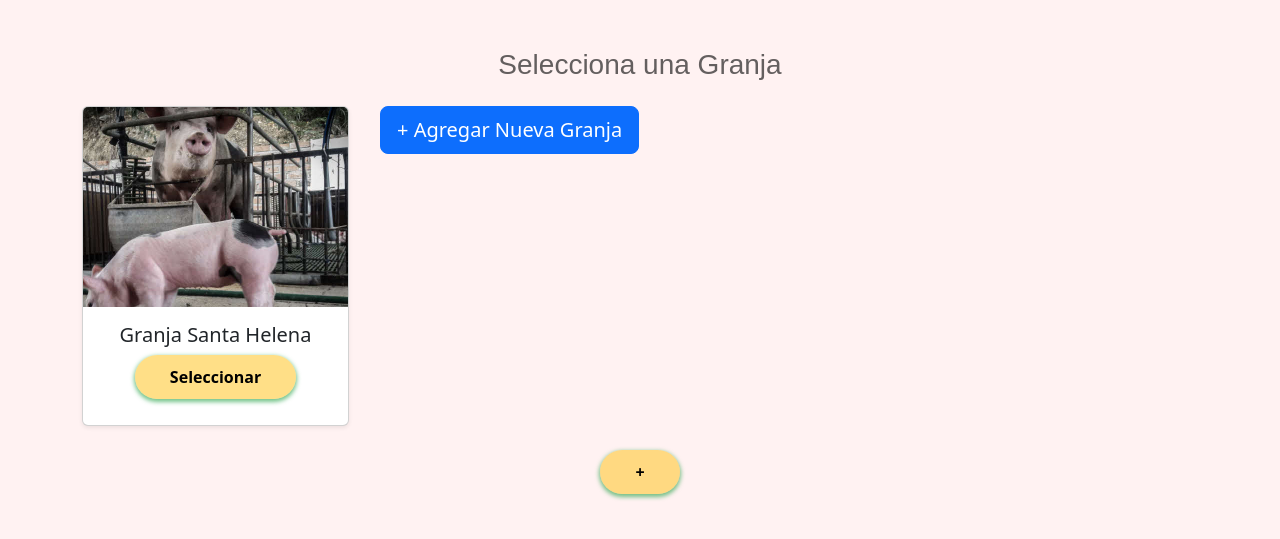
Repository: Mateojimenezz/Granja-Santa-Helena
Page: seleccionarGranja.html
These files come from the project's save history. The page is drawn as it stood at one moment and after a run of saves; the edit follows.
The browser window is 1280 px wide. The pictures show the whole page.
Some web fonts or font styles are not loaded; a fallback is used.

Above is the page before, as saved 2025-05-13 09:25:06.

After the next 2 saves:
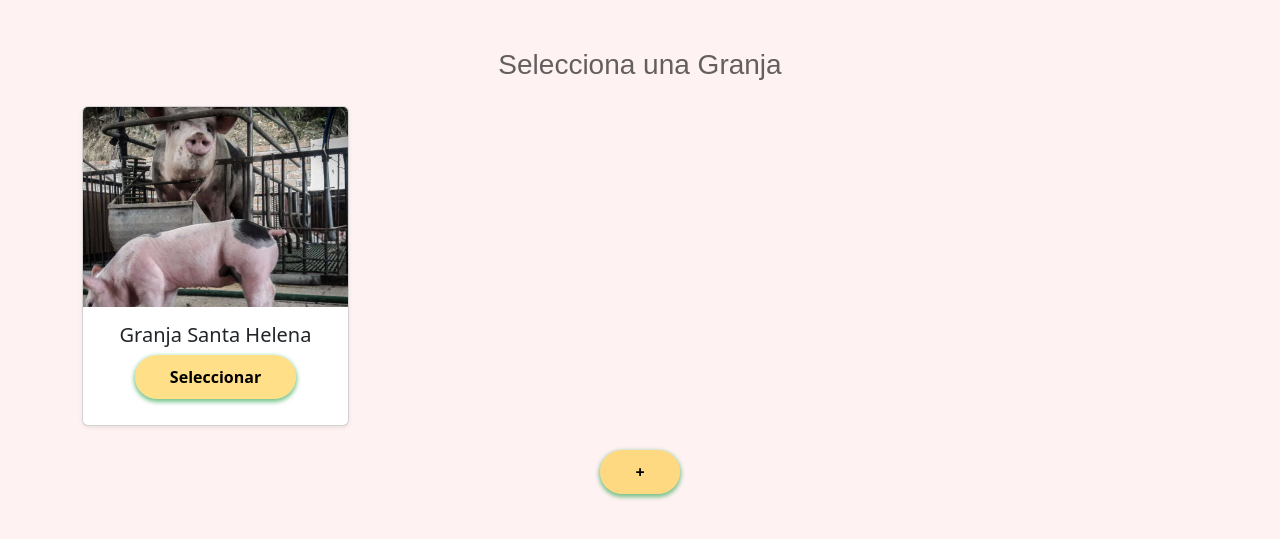
The 2 saves are shown as one change because they came seconds apart.
The last was saved 5 min 42 s later.
--- a/assets/js/seleccionarGranja.js
+++ b/assets/js/seleccionarGranja.js
@@ -56,10 +56,12 @@ document.addEventListener("DOMContentLoaded", function() {
 
         listaGranjas.appendChild(nuevaGranja);
     });
-    const botonAgregar = document.createElement("div");
-    botonAgregar.classList.add("col-md-auto");
-    botonAgregar.innerHTML = `<button id="agregar-granja" class="btn btn-primary btn-lg">+ Agregar Nueva Granja</button>`;
-    listaGranjas.appendChild(botonAgregar);
+    if (!document.getElementById("agregar-granja")) {
+        const botonAgregar = document.createElement("div");
+        botonAgregar.classList.add("col-md-auto");
+        botonAgregar.innerHTML = `<button id="agregar-granja" class="btn btn-primary btn-lg">+ Agregar Nueva Granja</button>`;
+        listaGranjas.appendChild(botonAgregar);
+    }
 });
 
 
